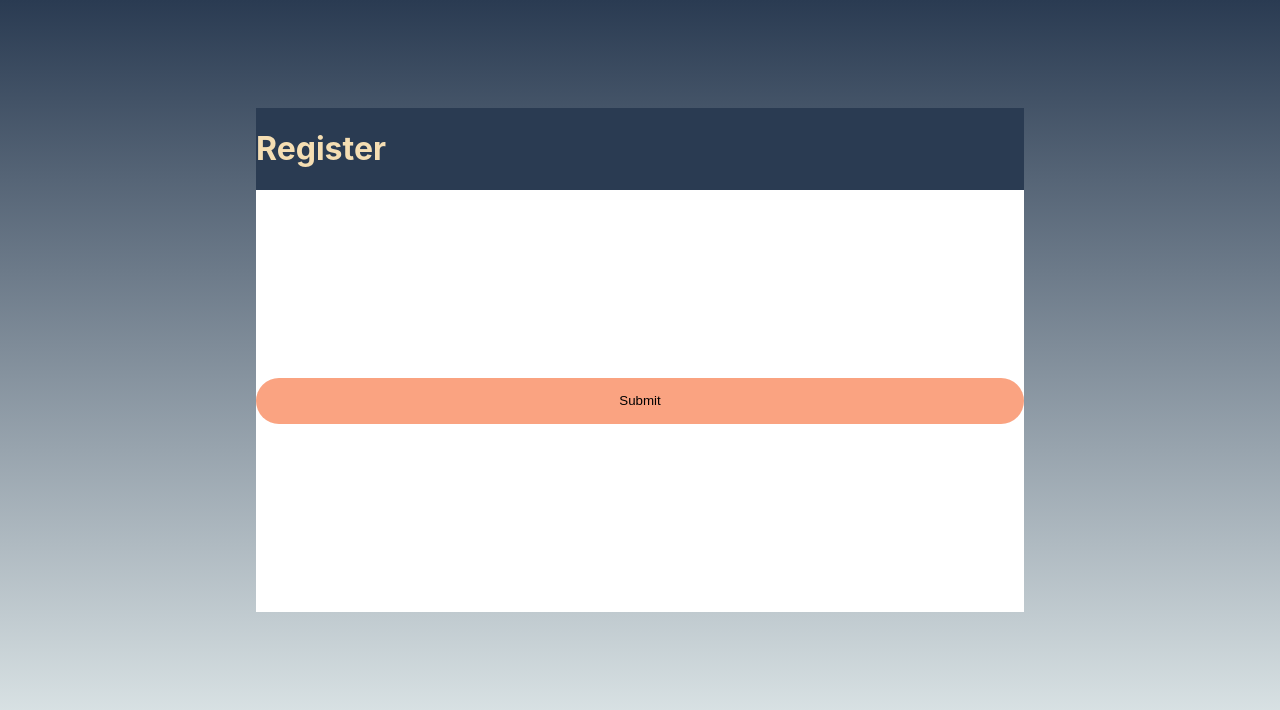
Repository: fatimash2123/todoApp
Page: /
An editor plug-in stored every save of this project. The page is shown before and after the next save, followed by the edit.
The browser window is 1280 px wide. The pictures show the whole page.
The project was rebuilt for these pictures with package versions that can differ from the ones it lists, and the page was loaded fresh each time.

Above is the page before, as saved 2024-02-12 16:52:19.

### src/App.tsx
import Register from "./pages/Register/Register";

function App() {
  return (
    <Register/>
  );
}

export default App;

### src/pages/Register/Register.tsx
import FormicContainer from "../../components/FormicContainer/FormicContainer"
import styles from "./Register.module.css"
function Register(){
    return(
        <div className={styles.registerContainer}>
        <FormicContainer></FormicContainer>
        </div>
    )

}

export default Register

### src/components/FormicContainer/FormicContainer.tsx
import { Formik, Form } from "formik";
import * as Yup from "yup";
import Button from "../Button/Button";
import styles from "./FormicContainer.module.css"
interface FormikState {
  name: string;
  email: string;
  password: string;
  confirmPassword: string;
}

function FormicContainer() {
  const initialValues: FormikState = {
    name: "",
    email: "",
    password: "",
    confirmPassword: "",
  };
  const validationSchema = Yup.object({});
  const onSubmit = (values: FormikState) => {
    console.log("Form data", values);
  };
  return (
    <div className={styles.upperContainer}>
        <h1 >Register</h1>
    <Formik className={styles.formikContainer}
      initialValues={initialValues}
      validationSchema={validationSchema}
      onSubmit={onSubmit}
    >
      {(formik) => (
        <Form className={styles.formMain}>
          <Button type="submit" label="Submit"/>
        </Form>
      )}
    </Formik>
    </div>
  );
}

export default FormicContainer;

### src/pages/Register/Register.module.css
.registerContainer {
  width: 100%;
  display: flex;
  justify-content: center;
  align-items: center;
  height: 100vh;
  background-image: linear-gradient(#2a3b52, #dae3e5);
}

### src/components/Button/Button.tsx
import styles from "./Button.module.css"
interface ButtonProps{
    readonly label:string,
    readonly type:"submit"
}
function Button({label,type}:ButtonProps){
    return(
        <button className={styles.button} type={type}>{label}</button>
    )
}
export default Button

### src/components/FormicContainer/FormicContainer.module.css
.formMain{
    display: flex;
    flex-direction: column;
    justify-content: center;
    align-items: center;
    background-color: white;
    height: 100%;
}
.upperContainer{
    background-color: #2a3b52;
    display: flex;
    flex-direction: column;
    width: 60%;
    height: 70%;
}

h1{color: wheat;}

### src/components/Button/Button.module.css
.button{
    background-color: #FAA381;
    width:100%;
    border:none;
    padding:2%;
    border-radius: 50px;

}

Loaded but not shown: public/index.html (common file); src/index.tsx (common file); src/index.css (common file); src/reportWebVitals.ts (common file)

After the next save:
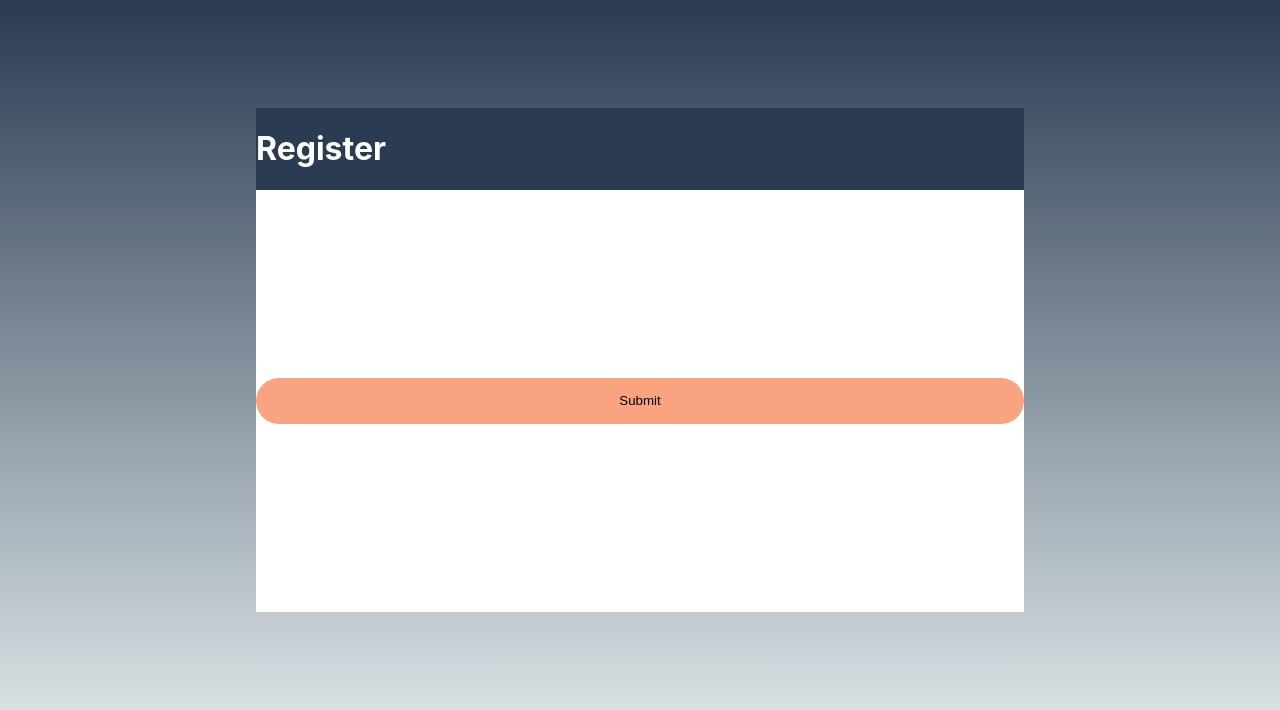
Saved 5 s later.
--- a/src/components/FormicContainer/FormicContainer.module.css
+++ b/src/components/FormicContainer/FormicContainer.module.css
@@ -14,4 +14,4 @@
     height: 70%;
 }
 
-h1{color: wheat;}
+h1{color: white;}
